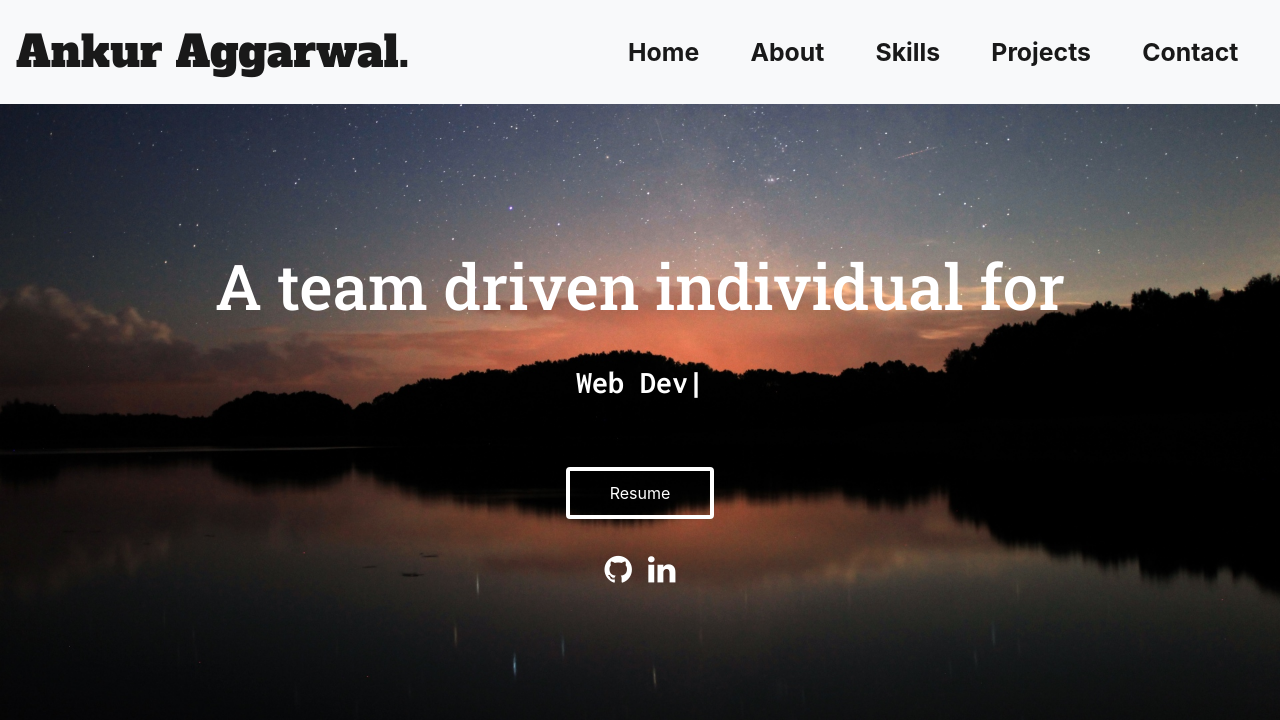
Repository: AnkurDevv/PersonalWebsite
Page: index.html
These files come from the project's save history. The page is drawn as it stood at one moment and after the next save; the edit follows.
The browser window is 1280 px wide. The pictures show the whole page.
Some web fonts or font styles are not loaded; a fallback is used.

Above is the page before, as saved 2020-09-13 16:09:00.

After the next save:
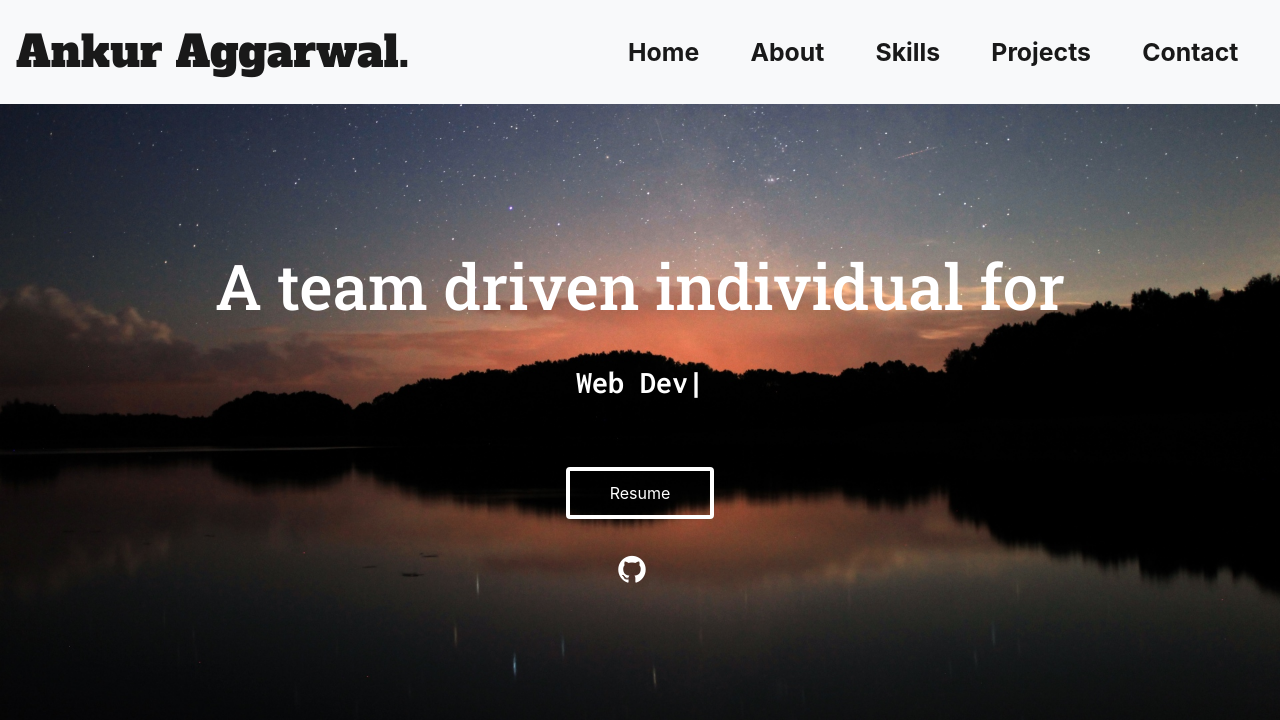
Saved 50 s later.
--- a/index.html
+++ b/index.html
@@ -92,7 +92,7 @@
             class="fa fa-github fa-2x text-white"></i></a>
         <!-- linkedin link -->
         <a href="https://www.linkedin.com/in/ankur-aggarwal2112/" target="blank" class="social-link"><i
-            class="fa fa-linkedin fa-2x text-white"></i></a>
+            class="fa fa-scrolldown fa-2x text-white"></i></a>
       </div>
 
     </section>

After the save that followed:
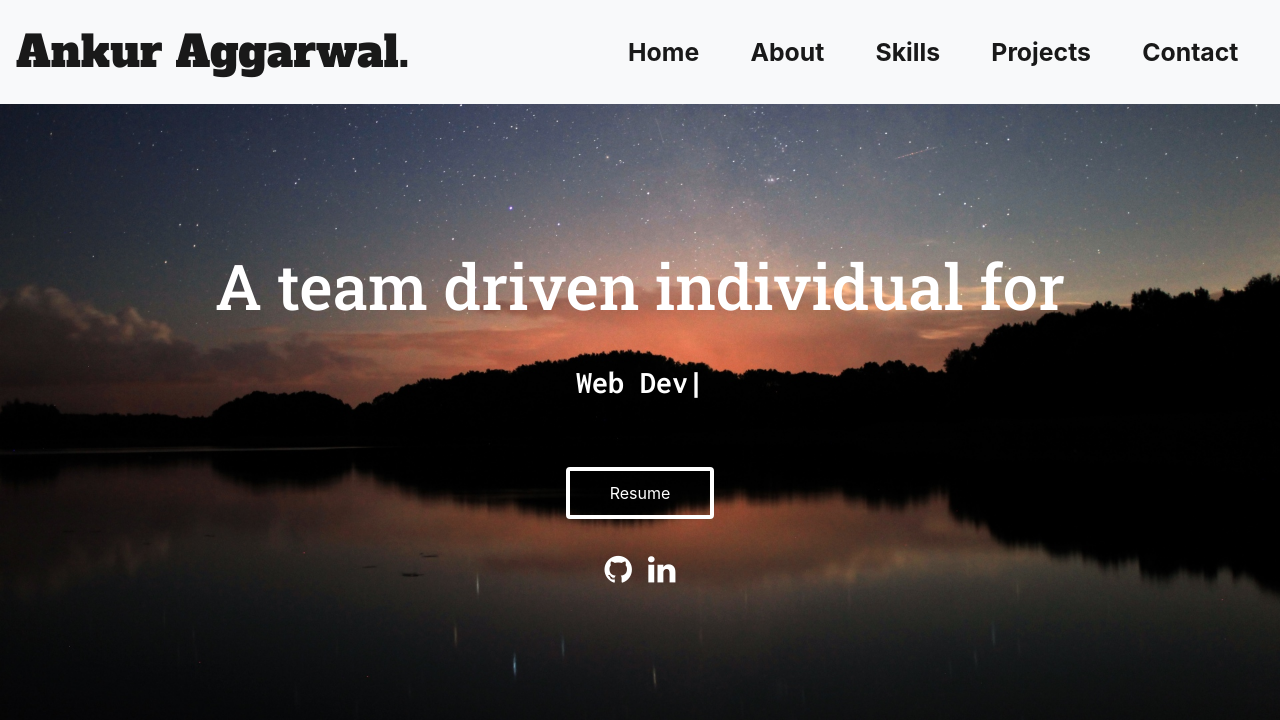
Saved 5 s later.
--- a/index.html
+++ b/index.html
@@ -92,7 +92,7 @@
             class="fa fa-github fa-2x text-white"></i></a>
         <!-- linkedin link -->
         <a href="https://www.linkedin.com/in/ankur-aggarwal2112/" target="blank" class="social-link"><i
-            class="fa fa-scrolldown fa-2x text-white"></i></a>
+            class="fa fa-linkedin fa-2x text-white"></i></a>
       </div>
 
     </section>
